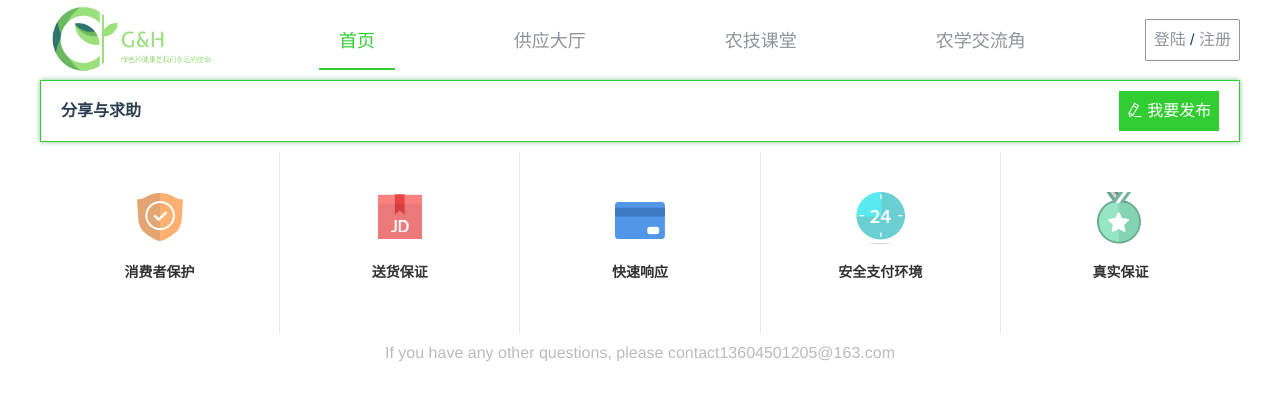
Repository: Miraitowa007/neau
Page: /communication
The author's editor kept a copy of each file at every save. The page is drawn from the files as they stood at one save, then again after the next save.
The browser window is 1280 px wide. The pictures show the whole page.
The project was rebuilt for these pictures with package versions that can differ from the ones it lists, and the page was loaded fresh each time. Also part of the build but not shown: vue.config.js, src/views/home/index.vue, src/views/login/index.vue, src/views/sale/index.vue, src/views/class/index.vue.

Above is the page before, as saved 2021-04-30 11:22:00.

### src/main.js
import Vue from 'vue'
import App from './App.vue'
import router from './router'
import ElementUI from 'element-ui';
import 'element-ui/lib/theme-chalk/index.css';
import '@/style/normalize.css'
import store from './store'
import api from './api/index'

Vue.use(ElementUI);
Vue.use(api);
Vue.config.productionTip = false

new Vue({
  router,
  store,
  render: h => h(App)
}).$mount('#app')

### src/App.vue
<template>
  <div id="app">
    <web-header></web-header>
    <router-view></router-view>
    <bottom></bottom>
  </div>
</template>

<script>
import WebHeader from './components/webheader.vue'
import Bottom from './components/bottom.vue'

export default {
  name: 'App',
  components: {
    WebHeader,
    Bottom
  }
}
</script>

<style lang="scss">
#app {
  font-family: Avenir, Helvetica, Arial, sans-serif;
  -webkit-font-smoothing: antialiased;
  -moz-osx-font-smoothing: grayscale;
  text-align: center;
  color: #2c3e50;
}
</style>

### src/router.js
import Vue from 'vue'
import Router from 'vue-router'
import Home from './views/home'
import Login from './views/login'
import Sale from './views/sale'
import Communication from './views/communication'
import Class from './views/class'
Vue.use(Router)

export default new Router({
    mode:'history',
    routes:[
        {
            path:'/',
            name:'index',
            redirect: '/index',
            meta:{}
        },
        {
            path:'/index',
            name:'home',
            component:Home,
            meta:{}
        },
        {
            path:'/sale',
            name:'sale',
            component:Sale,
            meta:{},
        },
        {
            path:'/sale/detail',
            name:'product_detail',
            component:()=>import('./views/sale/details')
        },
        {
            path:'/class',
            name:'class',
            component:Class,
            meta:{}
        },
        {
            path:'/communication',
            name:'communication',
            component:Communication,
            meta:{}
        },
        {
            path:'/login',
            name:'login',
            component:Login,
            meta:{}
        }
    ]
})

### src/store.js
import Vue from 'vue';
import Vuex from 'vuex';
Vue.use(Vuex);
export default new Vuex.Store({
    state:{
        isLogin:false,
        userName:''
    },
    mutations:{
        getUserName(state,name){
            state.userName=name
        }
    },
    actions:{

    },
    getters:{
        getIsLogin(state){
            return state.isLogin
        },
        getUserName(state){
            return state.userName
        }
    }
})

### src/api/index.js
import * as api_product from './productList'
import * as api_news from './newsList'

const apiObj = {
  api_product,
  api_news
}

const install = function (Vue) {
  if (install.installed) return
  install.installed = true

  //定义属性到Vue原型中
  Object.defineProperties(Vue.prototype, {
    $fetch: {
      get() {
        return apiObj
      }
    }
  })
}

export default {
  install
}

### src/components/webheader.vue
<template>
    <div class="webHeader">
        <router-link to="/index" class="logo">
            <img src="@/assets/images/logo.jpg" alt="" srcset="" >
        </router-link>
        <el-menu :default-active="activeIndex" class="el-menu-demo" mode="horizontal" @select="handleSelect" active-text-color="#32CD32">
            <el-menu-item index="1">
                <router-link to="/index">
                    首页
                </router-link>
            </el-menu-item>
            <el-menu-item index="2">
                <router-link to="/sale">
                    供应大厅
                </router-link>
            </el-menu-item>
            <el-menu-item index="3">
                <router-link to="/class">
                    农技课堂
                </router-link>
            </el-menu-item>
            <el-menu-item index="4">
                <router-link to="/communication">
                    农学交流角
                </router-link>
            </el-menu-item>
        </el-menu>
        <div v-if="!getIsLogin" class="login">
            <router-link to="/communication">
                登陆
            </router-link>
            <span>/</span>
            <router-link to="/communication">
                注册
            </router-link>
        </div>
        <div v-else>
            <el-dropdown>
                <span class="el-dropdown-link">
                    {{getUserName}}<i class="el-icon-arrow-down el-icon--right"></i>
                </span>
                <el-dropdown-menu slot="dropdown">
                    <el-dropdown-item>
                        退出登陆
                    </el-dropdown-item>
                </el-dropdown-menu>
                </el-dropdown>
        </div>
    </div>
</template>
<script>
import {mapGetters} from 'vuex'
export default {
    name:'WebHeader',
    data(){
        return{
            activeIndex:'1'
        }
    },
    methods:{
        handleSelect(){

        }
    },
    computed:{
        ...mapGetters(['getIsLogin','getUserName'])
    }
}
</script>
<style lang="scss" scoped>
    .webHeader{
        width:1200px;
        height: 80px;
        line-height: 80px;
        display: flex;
        align-items: center;
        margin: 0 auto;
        .logo{
            width: 180px;
            height: 80px;
            line-height: 80px;
            img{
                width: 180px;
                height: 80px;
                line-height: 80px;
            }
        }
        .el-menu-demo{
            height: 80px;
            line-height: 80px;
            background-color: #ffffff;
            border: none;
            flex-grow: 1;
            display: flex;
            align-items: center;
            justify-content: space-between;;
            text-decoration: none;
            .el-menu-item{
                font-size: 18px;
                color: #909399;
            }
        }
        .login{
            height: 40px;
            text-align: center;
            line-height: 40px;
            padding: 0 8px;
            border: 1px solid #909399;
            border-radius: 2px;
            overflow: hidden;
            a{
                color:#909399
            }
        }
    }
</style>

### src/components/bottom.vue
<template>
    <div>
        <ul class="statement">
            <li >
                <div class="protection"></div>
                <div class="title">消费者保护</div>
            </li>
            <li >
                <div class="divery"></div>
                <div class="title">送货保证</div>
            </li>
            <li >
                <div class="response"></div>
                <div class="title">快速响应</div>
            </li>
            <li >
                <div class="pay"></div>
                <div class="title">安全支付环境</div>
            </li>
            <li >
                <div class="Guarantee"></div>
                <div class="title">真实保证</div>
            </li>
        </ul>
        <div class="bottom">If you have any other questions, please contact13604501205@163.com</div>
    </div>
</template>
<script>
export default {
    name:'bottom',
    data(){
        return {

        }
    }
}
</script>
<style lang="scss" scoped>
.statement{
    width: 1200px;
    margin: 10px auto;
    display: flex;
    justify-content: space-around;
    li{
        border-right: 1px solid #e9e9e9;
        width: 240px;
        height: 182px;
        float: left;
        text-align: center;
        &:last-child{
            border: none;
        }
    }
    .title{
        color: #333;
        font-size: 14px;
        margin-top: 20px;
        display: block;
        font-weight: 700;
    }
    .protection{
        width: 50px;
        height: 52px;
        background: url('../assets/images/icon_sprite.png');
        margin: 40px auto 0;
    }
    .divery{
        width: 50px;
        height: 52px;
        background: url('../assets/images/icon_sprite.png');
        margin: 40px auto 0;
        background-position: 0 -64px
    }
    .response{
        width: 50px;
        height: 52px;
        background: url('../assets/images/icon_sprite.png');
        margin: 40px auto 0;
        background-position: 0 -114px
    }
    .pay{
        width: 50px;
        height: 52px;
        background: url('../assets/images/icon_sprite.png');
        margin: 40px auto 0;
        background-position: 0 -168px
    }
    .Guarantee{
        width: 50px;
        height: 52px;
        background: url('../assets/images/icon_sprite.png');
        margin: 40px auto 0;
        background-position: 0 -220px;
    }
}
.bottom{
    margin: 0 auto 15px;
    color: #bbb;
    font-size: 16px;
}
</style>

### src/views/communication/index.vue
<template>
    <div class="communication">
        <header class="header">
            <div class="share">分享与求助</div>
            <button class="publish">
                <i class="el-icon-edit"></i>
                我要发布
            </button>
        </header>
    </div>
</template>

<script>
export default {

}
</script>

<style lang="scss" scoped>
.communication{
    width: 1200px;
    margin: 0 auto;
    .header{
        height: 60px;
        line-height: 60px;
        margin: 0 auto;
        display: flex;
        border: 1px solid #32CD32;
        box-shadow: 0px 0px 5px rgb(133, 196, 143);
        position: relative;
        .share{
            margin-left: 20px;
            font-weight: 600;
        }
        .publish{
            width: 100px;
            height: 40px;
            border: none;
            position: absolute;
            top:10px;
            right: 20px;
            background: #32CD32;
            color: #fff;
        }
    }
}
</style>

### src/api/productList.js
import fetch from '../common'
export function getProductList(params){
    return fetch({
        url: `/list`,
        method: 'get',
        params
    })
}

### src/api/newsList.js
import fetch from '../common'
export function getNewsList(params){
    return fetch({
        url: `/articleList`,
        method: 'get',
        params
    })
}

### src/common/index.js
/*
 * @Author: ShiJInMing
 * @Date: 2021-04-28 16:34:49
 * @LastEditors: ShiJInMing
 * @LastEditTime: 2021-04-28 17:08:50
 */
import axios from 'axios'
// import router from 'src/router'
import { server_base_url } from '../../src/config/index'

//添加一个响应拦截器
axios.interceptors.response.use(function (res) {
    return res;
}, function (error) {
  let data = error.response.data;
  if (data.code == 20001) {
    let currentUrl = window.location.href;
    window.location = data.data.loginUrl + '?returnUrl=' + currentUrl;

  } else {
    return Promise.reject(error);
  }
})
export default function fetch(options) {
    return new Promise((resolve, reject) => {
        let arrHeader
        arrHeader = { 'Content-Type': 'application/json;charset=utf-8' }
        //创建一个axios实例
        const instance = axios.create({
        //设置默认根地址
        // baseURL: process.env.VUE_APP_BASE_API,
        baseURL: server_base_url,
        //设置请求超时设置
        timeout: 30000,
        //设置请求时的header
        headers: arrHeader,
        //允许跨域携带cookie
        withCredentials: true
        })

        //请求处理
        instance(options)
        .then((res) => {
            //请求成功时,根据业务判断状态
            if (res.data) {
            resolve(res.data)
            return false
            }
            else {
            resolve(res.data);
            return false
            }
        })
        .catch((error) => {
            //请求失败时,根据业务判断状态
            if (error.response) {
            if (error.response.status === 401) {
                // let currentUrl = encodeURIComponent(window.location.href)
                window.location = 'http://idssa.jd.com/sso/login?' + 'ReturnUrl=' + 'http://oper.jd.id'
            }
            reject(error.data)
            }
        })
    })
}

### src/config/index.js
/*
 * @Author: ShiJInMing
 * @Date: 2021-04-28 16:45:07
 * @LastEditors: ShiJInMing
 * @LastEditTime: 2021-04-28 17:09:11
 */
export const server_base_url = 'http://easy-mock.jd.com/mock/5feb2feb7226a9f39b3b1b7d/example'

Loaded but not shown: public/index.html (common file); src/style/normalize.css (library)

After the next save:
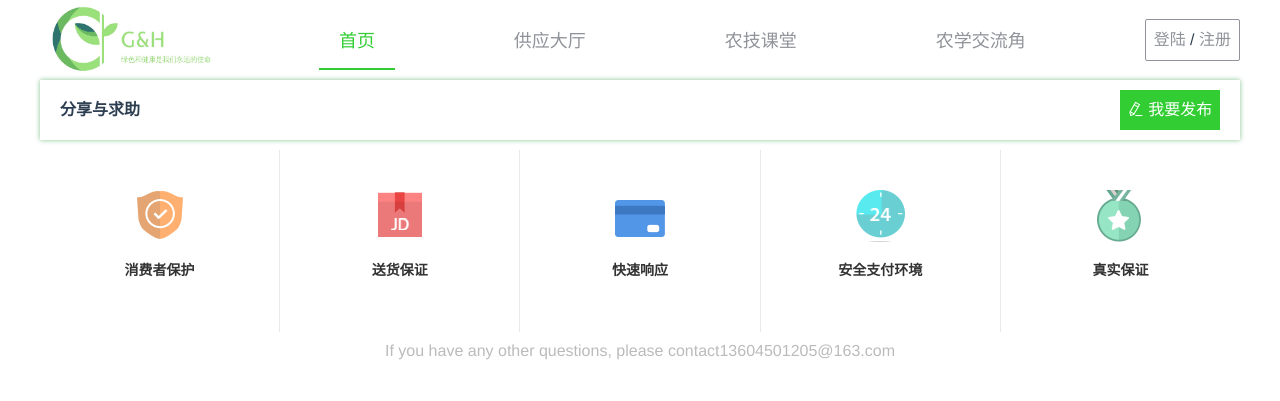
Saved 41 s later.
--- a/src/views/communication/index.vue
+++ b/src/views/communication/index.vue
@@ -25,7 +25,7 @@
         line-height: 60px;
         margin: 0 auto;
         display: flex;
-        border: 1px solid #32CD32;
+
         box-shadow: 0px 0px 5px rgb(133, 196, 143);
         position: relative;
         .share{

After the save that followed:
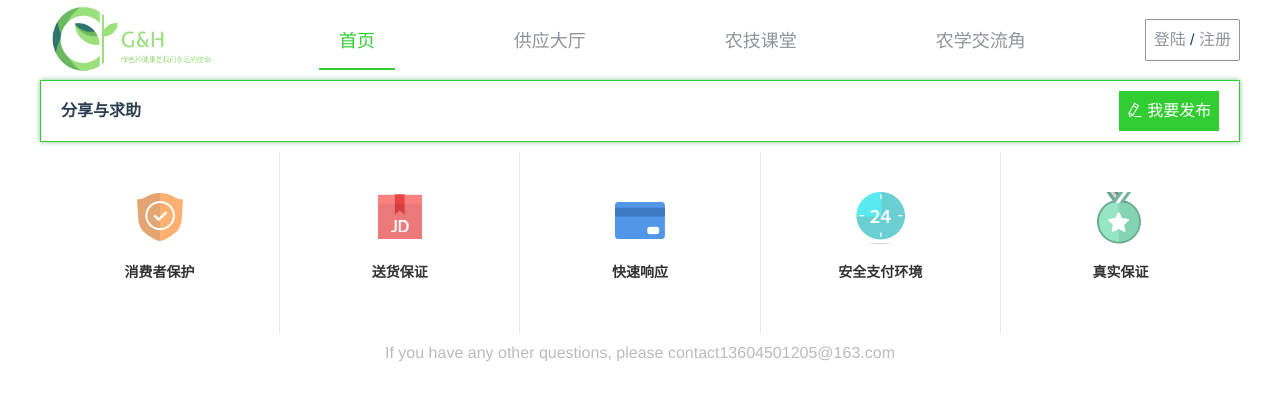
Saved 15 s later.
--- a/src/views/communication/index.vue
+++ b/src/views/communication/index.vue
@@ -25,7 +25,7 @@
         line-height: 60px;
         margin: 0 auto;
         display: flex;
-
+        border: 1px solid #32CD32;
         box-shadow: 0px 0px 5px rgb(133, 196, 143);
         position: relative;
         .share{
